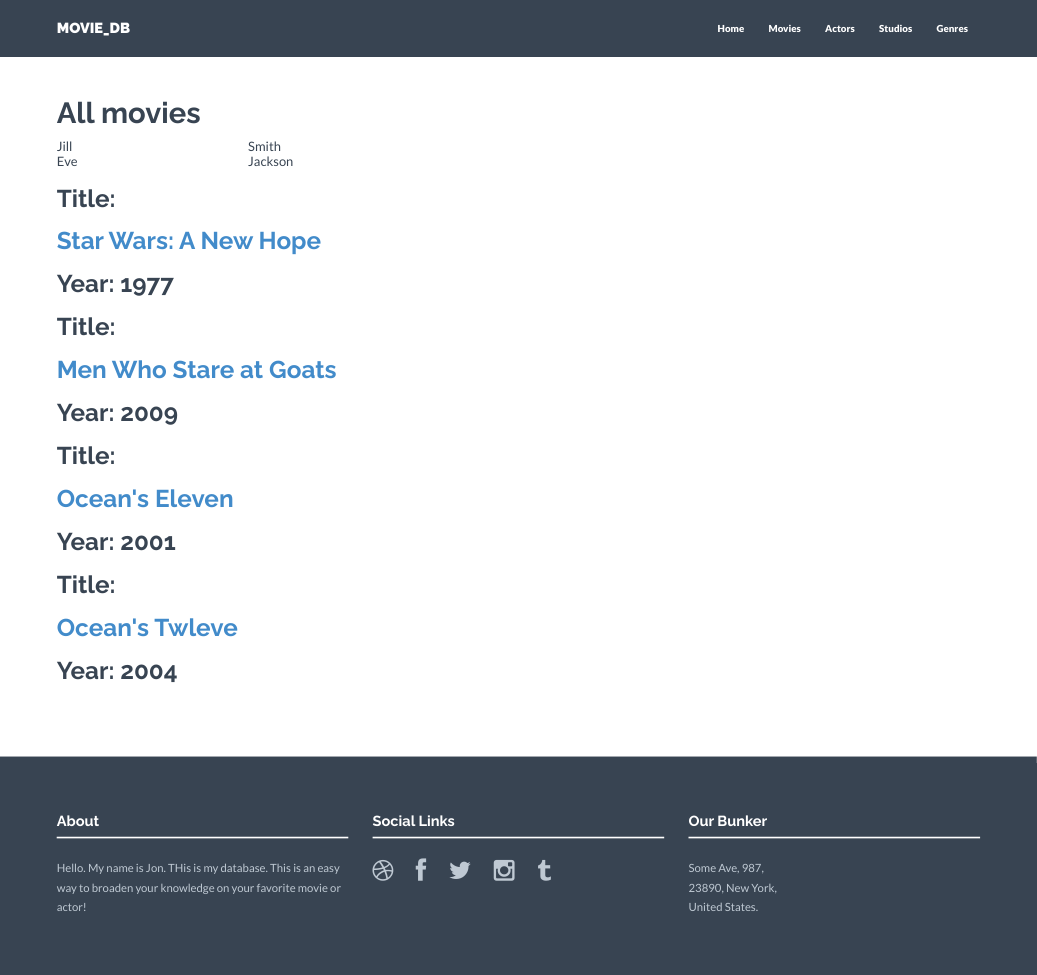
Repository: jonak91/Buzzerd-index
Page: http://localhost/movies.php
The author's editor kept a record of every edit. The page is drawn from the files as they stood at one moment, then again after the next edit.
The browser window is 1280 px wide. The pictures show the whole page, at 81% of full size.
Some web libraries are served in a nearby version. The page is run by PHP 8.4 with error messages shown; the project is at /var/www/html/. The database holds what the project's SQL file puts in it.

Above is the page before.
Not found: assets/js/modernizr.js

### movies.php
<?php require_once( 'incl/functions.php' ); ?>
<?php require_once( 'incl/header.php' ); ?>

 <div class="container mtb">
	 	<div class="row">

	 		<! -- MAIN CONTENAT AREA -->
	 		<div class="col-lg-8">
	 			<h1>All movies</h1>
	 			<table style="width:100%">
  					<tr>
   					 <td>Jill</td>
   					 <td>Smith</td>
  					</tr>
  					<tr>
   				 <td>Eve</td>
   				 <td>Jackson</td>
  					</tr>
					</table>
	 			<?php
		 		$movies = get_movies();
		 		foreach ($movies as $movie) {
		 		?>
		 		<tr>
		 		<td><h2>Title:</h2></td>
		 		<td><h2><a href="movie.php?mID=<?php echo $movie['mID']; ?>"><?php echo $movie['title']; ?></a></h2></td>
		 		</tr>
		 		<tr>
		 		<h2>Year: <?php echo $movie['year_released']; ?></h2>
		 		</tr>
		 		<?php } ?>

</div><! --/ MAIN CONTENT AREA -->

	 </div><! --/row -->
	 </div><! --/container -->

<?php require_once( 'incl/footer.php' ); ?>

### incl/functions.php
<?php
require_once('database.php');

$host= '127.0.0.1';
$u= 'jonak91';
$p = '';
$d= 'movies';

global $db;
$db= new Database($d, $u, $p, $host);

function get_movies(){
	$db = $GLOBALS['db'];
	$results = $db->query("SELECT * FROM movies"); //updated
	return $db->resToArray($results);
}

function get_actors(){
	$db= $GLOBALS['db'];
	$results = $db->query("SELECT * FROM actors ORDER BY 'first_name'"); //updated
	return $db->resToArray($results);
}

function get_studios(){
	$db= $GLOBALS['db'];
	$results = $db->query("SELECT * FROM studio"); //updated
	return $db->resToArray($results);
}

function get_genres(){
	$db= $GLOBALS['db'];
	$results = $db->query("SELECT * FROM genre"); //updated
	return $db->resToArray($results);
}

function get_movie($mID){
	$db= $GLOBALS['db'];
	$query= "SELECT * FROM movies WHERE mID = '$mID'"; //updated
	return $db->get_row($query);
}

function get_actor($aID){
	$db= $GLOBALS['db'];
	$query= "SELECT * FROM actors WHERE aID = '$aID'"; //updated
	return $db->get_row($query);
}

function get_studio($sID){
	$db= $GLOBALS['db'];
	$query= "SELECT * FROM studio WHERE sID = '$sID'"; //updated
	return $db->get_row($query);
}

function get_genre($gID){
	$db= $GLOBALS['db'];
	$query= "SELECT * FROM genre WHERE gID = '$gID'"; //updated
	return $db->get_row($query);
}

function get_moviesfromstudio($id){  //works
	$db= $GLOBALS['db'];
	$results= $db->query("SELECT * FROM movies JOIN studio ON movies.studioID = studio.sID WHERE studio.sID = '$id'");
	return $db->resToArray($results);
}

function get_genresfrommovies($id){
	$db= $GLOBALS['db'];
	$results= $db->query("SELECT * FROM genre JOIN movie_genres ON genre.gID = movie_genres.genreID JOIN movies ON movie_genres.movieID = movies.mID WHERE movies.mID = '$id'");
	return $db->resToArray($results);
}

function get_moviesfromactor($id){ //works
	$db= $GLOBALS['db'];
	$results= $db->query("SELECT * FROM movies JOIN movie_actors ON movies.mID = movie_actors.movieID JOIN actors ON movie_actors.actorID = actors.aID WHERE actors.aID = '$id'");
	return $db->resToArray($results);
}

function get_moviesfromgenre($id){ //works
	$db= $GLOBALS['db'];
	$results= $db->query("SELECT * FROM movies JOIN movie_genres ON movies.mID = movie_genres.movieID JOIN genre ON movie_genres.genreID = genre.gID WHERE genre.gID = '$id'");
	return $db->resToArray($results);
}

function get_actorsfrommovies($id){  //works
	$db= $GLOBALS['db'];
	$results= $db->query("SELECT * FROM actors JOIN movie_actors ON actors.aID = movie_actors.actorID JOIN movies ON movie_actors.movieID = movies.mID WHERE movies.mID = '$id'");
	return $db->resToArray($results);
}

function add_movie($info){		//works
	$db= $GLOBALS['db'];
	extract($info);
	$submitted= $db->query("INSERT INTO movies VALUES('', '$title', '$year_released', '$synopsis', '$was_novel', '$studioID', CURRENT_TIMESTAMP)");

	if($submitted){
		print "<h3>$title submitted!</h3>";
	}
}

function add_actor($info){		//works
	$db= $GLOBALS['db'];
	extract($info);
	$submitted= $db->query("INSERT INTO actors VALUES('', '$first_name', '$last_name', '$bio', '$dob', '$won_oscar', CURRENT_TIMESTAMP)");

	if($submitted){
		print "<h3>$first_name $last_name submitted!</h3>";
	}
}

function add_genre($info){		//works
	$db= $GLOBALS['db'];
	extract($info);
	$submitted= $db->query("INSERT INTO genre VALUES('', '$name', CURRENT_TIMESTAMP)");

	if($submitted){
		print "<h3>$name submitted!</h3>";
	}
}

function add_studio($info){		//works
	$db= $GLOBALS['db'];
	extract($info);
	$submitted= $db->query("INSERT INTO studio VALUES('', '$name', '$city', '$state', '$zip', CURRENT_TIMESTAMP)");

	if($submitted){
		print "<h3>$name submitted!</h3>";
	}
}

function assign_atm($info){		//works
	$db= $GLOBALS['db'];
	extract($info);
	$submitted= $db->query("INSERT INTO movie_actors VALUES('', '$movie', '$actor', CURRENT_TIMESTAMP)");

	if($submitted){
		print "<h3>assigned</h3>";
	}
}

function assign_gtm($info){		//works
	$db= $GLOBALS['db'];
	extract($info);
	$submitted= $db->query("INSERT INTO movie_genres VALUES('', '$movie', '$genre', CURRENT_TIMESTAMP)");

	if($submitted){
		print "<h3>assigned</h3>";
	}
}


?>
>

### incl/database.php
<?php
class Database{
        var $dbName;
        var $user;
        var $password;
        var $host;
        var $lastID;
        var $dbConn;

        //constructor
        function __construct($db, $u, $p, $h){
                $this->dbName= $db;
                $this->user= $u;
                $this->password= $p;
                $this->host= $h;

                //metadata to get entire table list?
        }

        //any query
        function query($query){
                        $this->dbConn= new mysqli($this->host, $this->user, $this->password, $this->dbName);
                        if($this->dbConn->connect_errno > 0){
                                die('Unable to connect to database [' . $dbh->connect_error . ']');
                        }

                        $result= $this->dbConn->query($query) or die('There was an error running the query [' . $this->dbConn->error . ']');
                        $this->lastID= $this->dbConn->insert_id;
                        $this->dbConn->close();

                        return $result;
        }

        function resToArray($res){
                $data= array();
                while($info= mysqli_fetch_assoc($res)){
                        $data[]= $info;
                }

                return $data;
        }

        function get_column($query){

                $res= $this->query($query);

                $data= array();

                while($info= mysqli_fetch_assoc($res)){
                        $key= array_keys($info);
                        $key= $key[0];
                        $data[]= $info[$key];
                }

                return $data;
        }

        function get_row($query){
                $res= $this->query($query);
                $res= $this->resToArray($res);

            return ($res == false) ? $res : $res[0];
        }

        function get_var($query){
                $res= $this->query($query);

                $info= mysqli_fetch_array($res);

                return $info[0];
        }


        function get_mysql_timestamp(){
                return date('Y-m-d H:i:s', time());
        }

        function print_array( $a ) {
        ?>
          <pre>
          <?php var_dump( $a ); ?>
          </pre>
        <?php
        }


        function clean_array($info){
                foreach($info as $key => $val){
                        $info["$key"]= $this->clean($val);
                }

                return $info;
        }


        function clean($a){
                $this->dbConn= new mysqli($this->host, $this->user, $this->password, $this->dbName);
                $a= $this->dbConn->real_escape_string($a);
                $this->dbConn->close();

                return $a;
        }

}


?>

### incl/header.php
<!DOCTYPE html>
<html lang="en">
  <head>
    <meta charset="utf-8">
    <meta http-equiv="X-UA-Compatible" content="IE=edge">
    <meta name="viewport" content="width=device-width, initial-scale=1">
    <meta name="description" content="">
    <meta name="author" content="">
    <link rel="shortcut icon" href="assets/ico/favicon.ico">

    <title>SOLID - Bootstrap 3 Theme</title>

    <!-- Bootstrap core CSS -->
    <link href="assets/css/bootstrap.css" rel="stylesheet">

    <!-- Custom styles for this template -->
    <link href="assets/css/style.css" rel="stylesheet">
    <link href="assets/css/font-awesome.min.css" rel="stylesheet">


    <!-- Just for debugging purposes. Don't actually copy this line! -->
    <!--[if lt IE 9]><script src="../../assets/js/ie8-responsive-file-warning.js"></script><![endif]-->

    <!-- HTML5 shim and Respond.js IE8 support of HTML5 elements and media queries -->
    <!--[if lt IE 9]>
      <script src="https://oss.maxcdn.com/libs/html5shiv/3.7.0/html5shiv.js"></script>
      <script src="https://oss.maxcdn.com/libs/respond.js/1.4.2/respond.min.js"></script>
    <![endif]-->

    <script src="assets/js/modernizr.js"></script>
  </head>

  <body>

    <!-- Fixed navbar -->
    <div class="navbar navbar-default navbar-fixed-top" role="navigation">
      <div class="container">
        <div class="navbar-header">
          <button type="button" class="navbar-toggle" data-toggle="collapse" data-target=".navbar-collapse">
            <span class="sr-only">Toggle navigation</span>
            <span class="icon-bar"></span>
            <span class="icon-bar"></span>
            <span class="icon-bar"></span>
          </button>
          <a class="navbar-brand" href="index.php">MOVIE_DB</a>
        </div>
        <div class="navbar-collapse collapse navbar-right">
          <ul class="nav navbar-nav">
            <li><a href="index.php">Home</a></li>
            <li><a href="movies.php">Movies</a></li>
            <li><a href="actors.php">Actors</a></li>
            <li><a href="studios.php">Studios</a></li>
            <li><a href="genres.php">Genres</a></li>
          </ul>
        </div><!--/.nav-collapse -->
      </div>
    </div>

### incl/footer.php


	<!-- *****************************************************************************************************************
	 FOOTER
	 ***************************************************************************************************************** -->
	 <div id="footerwrap">
	 	<div class="container">
		 	<div class="row">
		 		<div class="col-lg-4">
		 			<h4>About</h4>
		 			<div class="hline-w"></div>
		 			<p>Hello. My name is Jon. THis is my database. This is an easy way to broaden your knowledge on your favorite movie or actor!</p>
		 		</div>
		 		<div class="col-lg-4">
		 			<h4>Social Links</h4>
		 			<div class="hline-w"></div>
		 			<p>
		 				<a href="#"><i class="fa fa-dribbble"></i></a>
		 				<a href="#"><i class="fa fa-facebook"></i></a>
		 				<a href="#"><i class="fa fa-twitter"></i></a>
		 				<a href="#"><i class="fa fa-instagram"></i></a>
		 				<a href="#"><i class="fa fa-tumblr"></i></a>
		 			</p>
		 		</div>
		 		<div class="col-lg-4">
		 			<h4>Our Bunker</h4>
		 			<div class="hline-w"></div>
		 			<p>
		 				Some Ave, 987,<br/>
		 				23890, New York,<br/>
		 				United States.<br/>
		 			</p>
		 		</div>

		 	</div><! --/row -->
	 	</div><! --/container -->
	 </div><! --/footerwrap -->

    <!-- Bootstrap core JavaScript
    ================================================== -->
    <!-- Placed at the end of the document so the pages load faster -->
    <script src="https://ajax.googleapis.com/ajax/libs/jquery/1.11.0/jquery.min.js"></script>
    <script src="assets/js/bootstrap.min.js"></script>
	<script src="assets/js/retina-1.1.0.js"></script>
	<script src="assets/js/jquery.hoverdir.js"></script>
	<script src="assets/js/jquery.hoverex.min.js"></script>
	<script src="assets/js/jquery.prettyPhoto.js"></script>
  	<script src="assets/js/jquery.isotope.min.js"></script>
  	<script src="assets/js/custom.js"></script>


  </body>
</html>

### assets/css/style.css
/*	################################################################

	Author: Carlos Alvarez
	URL: http://alvarez.is

	Project Name: SOLID - Bootstrap 3 Theme
	Version: 1.0
	URL: http://alvarez.is

################################################################# */
@import url(http://fonts.googleapis.com/css?family=Raleway:400,700,900);
@import url(http://fonts.googleapis.com/css?family=Lato:400,900);
@import url("prettyPhoto.css") screen;
@import url("hoverex-all.css") screen;

/*	################################################################
	1. GENERAL STRUCTURES
################################################################# */
	* {
		margin: 0;
		padding: 0px;
	}

body {
	background: #ffffff;
	margin: 0;
	height: 100%;
	color: #384452;
	font-family: 'Lato', sans-serif;
	font-weight: 400;
	}

h1, h2, h3, h4, h5, h6 {
	font-family: 'Raleway', sans-serif;
	font-weight: 700;
}

p {
	padding: 0;
	margin-bottom: 12px;
	font-family: 'Lato', sans-serif;
	font-weight: 400;
	font-size: 14px;
	line-height: 24px;
	color: #384452;
	margin-top: 10px;
}

img {
	height: auto;
	max-width: 100%;
}

a {
	padding: 0;
	margin: 0;
	text-decoration: none;
	-webkit-transition: background-color .4s linear, color .4s linear;
	-moz-transition: background-color .4s linear, color .4s linear;
	-o-transition: background-color .4s linear, color .4s linear;
	-ms-transition: background-color .4s linear, color .4s linear;
	transition: background-color .4s linear, color .4s linear;
}
a:hover,
a:focus {
  text-decoration: none;
  color:#01b2fe;
}

::-moz-selection  {
	color: #fff;
	text-shadow:none;
	background:#2B2E31;
}
::selection {
	color: #fff;
	text-shadow:none;
	background:#2B2E31;
}

.centered {
	text-align: center
}

/*	################################################################
	BOOTSTRAP MODIFICATIONS & TWEAKS
################################################################# */
.navbar {
	min-height: 70px;
	padding-top: 10px;
	margin-bottom: 0px;
}

.navbar-brand {
	font-family: 'Raleway', sans-serif;
	font-weight: 900;
}

.navbar-header .navbar-brand {
	color: white;
}

.navbar-default .navbar-nav > li > a {
	color: white;
	font-weight: 700;
	font-size: 12px;
}

.navbar-default .navbar-nav > li > a:hover {
	color: #00b3fe;
}

.navbar-default .navbar-nav > .active > a, .navbar-default .navbar-nav > .active > a:hover, .navbar-default .navbar-nav > .active > a:focus {
	color: #00b3fe;
	background-color: transparent;
}

.navbar-default {
	background-color: #384452;
	border-color: transparent;
}

.dropdown-menu {
	background: #384452;
}

.dropdown-menu > li > a {
	color: white;
	font-weight: 700;
	font-size: 12px;
}

.btn-theme {
  color: #fff;
  background-color: #384452;
  border-color: #384452;
  margin: 4px;
}
.btn-theme:hover,
.btn-theme:focus,
.btn-theme:active,
.btn-theme.active,
.open .dropdown-toggle.btn-theme {
  color: #fff;
  background-color: #00b3fe;
  border-color: #00b3fe;
}

.dmbutton:hover,
.dmbutton:active,
.dmbutton:focus{
	color: #ffffff;
	background-color: #222222;
	border-color: #ffffff;
}
.dmbutton {
	background:rgba(0, 0, 0, 0);
	border: 1px solid #ffffff;
	color: #ffffff;
	-webkit-border-radius: 2px;
	border-radius: 2px;
	padding-top: 1.025rem;
	padding-right: 2.25rem;
	letter-spacing:0.85px;
	padding-bottom: 1.0875rem;
	padding-left: 2.25rem;
	font-size: 1.55rem;
	cursor: pointer;
	font-weight: normal;
	line-height: normal;
	margin: 0 0 1.25rem;
	text-decoration: none;
	text-align: center;
	display: inline-block;
	-webkit-transition: background-color 300ms ease-out;
	-moz-transition: background-color 300ms ease-out;
	transition: background-color 300ms ease-out;
	-webkit-appearance: none;
	font-weight: normal !important;
}

.mtb {
	margin-top: 80px;
	margin-bottom: 80px;
}

.mb {
	margin-bottom: 60px;
}

.mt {
	margin-top: 60px;
}

.hline {
	border-bottom: 2px solid #384452;
}

.hline-w {
	border-bottom: 2px solid #ffffff;
	margin-bottom: 25px;
}
/*	################################################################
	SITE WRAPS
################################################################# */

#headerwrap {
	background-color: #00b3fe;
	min-height: 550px;
	padding-top: 100px;
	padding-bottom: 0px;
	text-align: center;
}

#headerwrap h3, h5 {
	color: white;
	font-weight: 400;
}

#headerwrap h1 {
	color: white;
	margin-bottom: 25px;
}

#headerwrap .img-responsive {
	margin: 0 auto;
}

/* Services Wrap */
#service {
	margin-top: 100px;
	margin-bottom: 80px;
}

#service i {
	color: #00b3fe;
	font-size: 60px;
	padding: 15px;
}

/* Portfolio Wrap */
#portfoliowrap {
	padding-top: 60px;
	margin-bottom: 60px;
	display: block;
	text-align: center
}

#portfoliowrap h3 {
	margin-bottom: 25px;
}

.portfolio {
	padding:0 !important;
	margin:0 !important;
	display:block;
}


.portfolio-item .title:before {border-radius:0; display:none}
.portfolio-item p {margin:0px 0 30px;}
.portfolio-item h3 {margin:-10px 0 10px; font-size:16px; text-transform:uppercase;}


.tpl6 h3
{
	color:#fff;
	margin:0;
	padding:40px 5px 0;
	font-size:16px;
	text-transform:uppercase;
}
.tpl6 .dmbutton
{
	display:inline-block;
	margin:30px 5px 20px 5px;
	font-size:13px;
}

.tpl6 .bg
{
	height:100%;
	width:100%;
	background-color:#00b3fe;
	background-color:rgba(0,179,254,.9);
	text-align:center;
}

/* Testimonials Wrap */
#twrap {
	background: url(../img/t-back.jpg) no-repeat center top;
	margin-top: 0px;
	padding-top:60px;
	text-align:center;
	background-attachment: relative;
	background-position: center center;
	min-height: 450px;
	width: 100%;

    -webkit-background-size: 100%;
    -moz-background-size: 100%;
    -o-background-size: 100%;
    background-size: 100%;

    -webkit-background-size: cover;
    -moz-background-size: cover;
    -o-background-size: cover;
    background-size: cover;
}

#twrap i {
	font-size: 50px;
	color: white;
	margin-bottom: 25px;
}

#twrap p {
	color: white;
	font-size: 15px;
	line-height: 30px;
}

/* clients logo */
#cwrap {
	background: #f7f7f7;
	margin-top: 0px;
	padding-top: 80px;
	padding-bottom: 100px;
}

#cwrap h3 {
	margin-bottom: 60px;
}

/* Footer */
#footerwrap {
	padding-top: 60px;
	padding-bottom: 60px;
	background: #384452;
}

#footerwrap p {
	color: #bfc9d3;
}

#footerwrap h4 {
	color: white;
}

#footerwrap i {
	font-size: 30px;
	color: #bfc9d3;
	padding-right: 25px;
}

#footerwrap i:hover {
	color: #00b3fe
}

/*	################################################################
	PAGE CONFIGURATIONS
################################################################# */
/* General Tweaks */

#blue {
	background: #00b3fe;
	margin-top: 60px;
	margin-bottom: 60px;
	padding-top: 25px;
	padding-bottom: 25px;
}

#blue h3 {
	color: white;
	margin-left: 15px;
}

.ctitle {
	color: #00b3fe;
	font-weight: 700;
	margin-bottom: 15px;
}

csmall {
	font-size: 12px;
	color: #b3b3b3;
}
csmall2 {
	font-size: 12px;
	color: #f39c12
}

.spacing {
	margin-top: 40px;
	margin-bottom: 40px;
}

.badge-theme {
	background: #00b3fe;
}

/* Contact Page */
#contactwrap {
	background: url(../img/contact.jpg) no-repeat center top;
	margin-top: -60px;
	padding-top:0px;
	text-align:center;
	background-attachment: relative;
	background-position: center center;
	min-height: 400px;
	width: 100%;

    -webkit-background-size: 100%;
    -moz-background-size: 100%;
    -o-background-size: 100%;
    background-size: 100%;

    -webkit-background-size: cover;
    -moz-background-size: cover;
    -o-background-size: cover;
    background-size: cover;
}

/* Blog Page */
.popular-posts {
	margin: 0px;
	padding-left: 0px;
	}

.popular-posts li {
	list-style: none;
	margin-bottom: 20px;
	min-height: 70px;
}
.popular-posts li a,
.popular-posts li a:hover {
	color:#2f2f2f;
	text-decoration: none;
	}

.popular-posts li img {
	float: left;
	margin-right: 20px;
	}

.popular-posts li em {
	font-family: 'Lato', sans-serif;
	font-size: 12px;
	color: #b3b3b3
	}

.popular-posts p {
	line-height: normal;
	margin-bottom: auto;
}

.share i {
	padding-right: 15px;
	font-size: 18px;
}

### job.sql (the tables this page reads)
CREATE TABLE IF NOT EXISTS `movies` (
`mID` mediumint(9) NOT NULL,
  `title` varchar(50) NOT NULL,
  `year_released` year(4) NOT NULL,
  `synopsis` longtext NOT NULL,
  `was_novel` tinyint(4) NOT NULL,
  `studioID` mediumint(9) NOT NULL,
  `timestamp` timestamp NOT NULL DEFAULT CURRENT_TIMESTAMP ON UPDATE CURRENT_TIMESTAMP
) ENGINE=InnoDB AUTO_INCREMENT=5 DEFAULT CHARSET=latin1;

INSERT INTO `movies` (`mID`, `title`, `year_released`, `synopsis`, `was_novel`, `studioID`, `timestamp`) VALUES
(1, 'Star Wars: A New Hope', 1977, 'Hokey religions and ancient weapons are no match for a good blaster at your side, kid. You''re all clear, kid. Let''s blow this thing and go home! I suggest you try it again, Luke. This time, let go your conscious self and act on instinct.', 0, 1, '2014-11-21 13:13:25'),
(2, 'Men Who Stare at Goats', 2009, 'Did you dress her up like this? Who''s that then? I''m not a witch. But you are dressed as oneâ€¦ Well, how''d you become king, then?', 1, 2, '2014-11-21 13:13:25'),
(3, 'Ocean''s Eleven', 2001, 'Ut enim ad minim veniam, quis nostrud exercitation ullamco. Sed ut perspiciatis unde omnis iste natus error sit voluptatem. Cupiditate non provident, similique sunt in culpa qui officia deserunt mollitia. Ut enim ad minima veniam, quis nostrum exercitationem ullam corporis suscipit laboriosam.', 0, 3, '2014-11-21 13:21:49'),
(4, 'Ocean''s Twleve', 2004, 'Eaque ipsa quae ab illo inventore veritatis et quasi. Architecto beatae vitae dicta sunt explicabo. Et iusto odio dignissimos ducimus qui blanditiis praesentium voluptatum deleniti atque. Cupiditate non provident, similique sunt in culpa qui officia deserunt mollitia. Fugiat quo voluptas nulla pariatur? Nihil molestiae consequatur, vel illum qui dolorem eum.', 0, 3, '2014-11-21 13:21:49');

ALTER TABLE `movies`
 ADD PRIMARY KEY (`mID`);

ALTER TABLE `movies`
MODIFY `mID` mediumint(9) NOT NULL AUTO_INCREMENT,AUTO_INCREMENT=5;

Loaded but not shown: assets/css/bootstrap.css (library); assets/css/font-awesome.min.css (library); assets/js/bootstrap.min.js (library); assets/js/jquery.hoverdir.js (library); assets/js/jquery.hoverex.min.js (library); assets/js/jquery.prettyPhoto.js (library); assets/js/jquery.isotope.min.js (library); assets/js/custom.js (common file); assets/js/retina-1.1.0.js (151 lines, source omitted); assets/css/hoverex-all.css (2838 lines, source omitted); assets/css/prettyPhoto.css (170 lines, source omitted)

After the next edit:
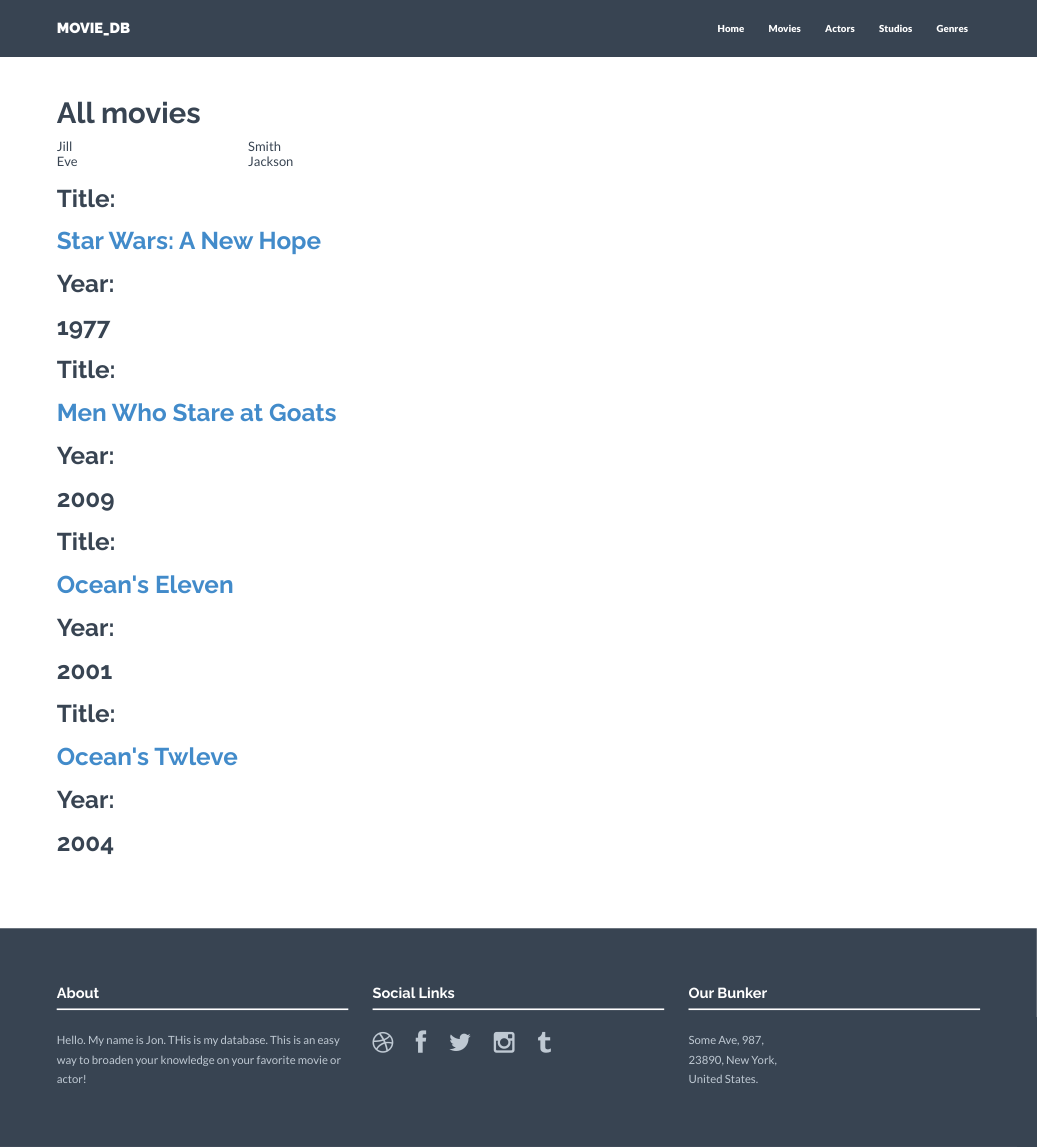
The edit:
--- a/movies.php
+++ b/movies.php
@@ -26,7 +26,8 @@
 		 		<td><h2><a href="movie.php?mID=<?php echo $movie['mID']; ?>"><?php echo $movie['title']; ?></a></h2></td>
 		 		</tr>
 		 		<tr>
-		 		<h2>Year: <?php echo $movie['year_released']; ?></h2>
+		 		<td><h2>Year:</h2></td>
+		 		<td><h2><?php echo $movie['year_released']; ?></h2></td>
 		 		</tr>
 		 		<?php } ?>
 
